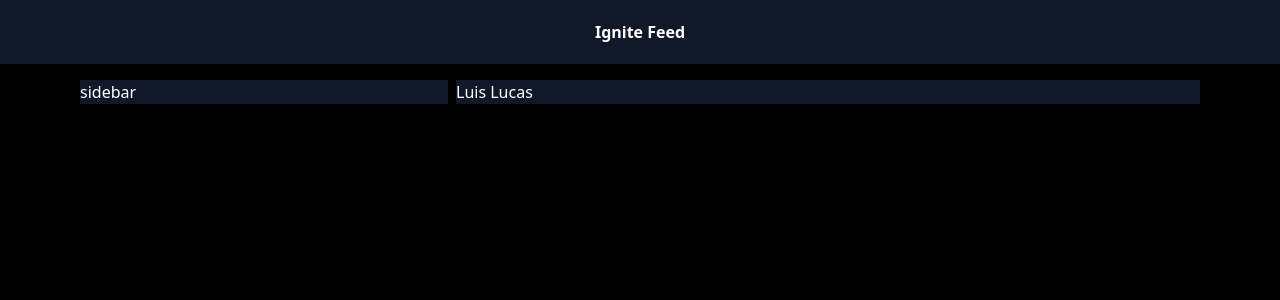
Repository: LuisSempre/ignite-feed
Page: /
The author's editor kept a copy of each file at every save. The page is drawn from the files as they stood at one save, then again after the next save.
The browser window is 1280 px wide. The pictures show the whole page.
Pictures or frames that could not be fetched are drawn as grey boxes. The project was rebuilt for these pictures with package versions that can differ from the ones it lists, and the page was loaded fresh each time. Also part of the build but not shown: vite.config.js.

Above is the page before, as saved 2022-07-13 21:24:24.

After the next save:
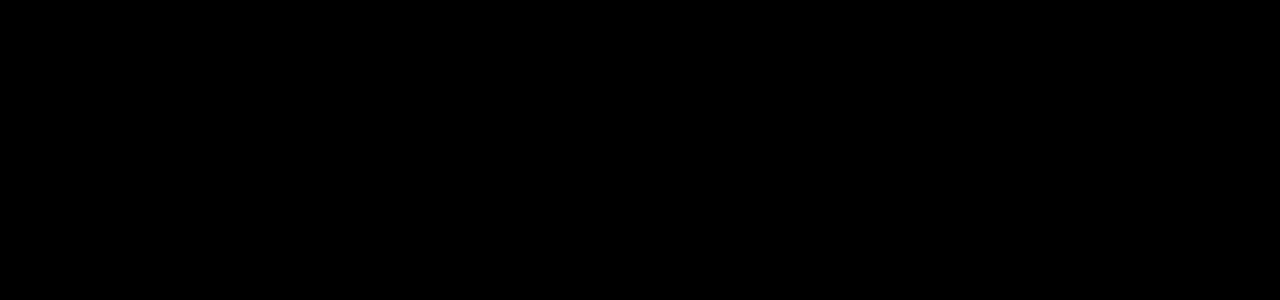
Console error: ReferenceError: Sidebar is not defined
Saved 22 s later.
--- a/src/App.jsx
+++ b/src/App.jsx
@@ -4,9 +4,7 @@
     <div>
       <Header />
       <div className="max-w-6xl mx-auto p-4 grid grid-cols-3 gap-2 items-start">
-        <div className="bg-gray-900">
-          sidebar
-        </div>
+        <Sidebar />
         <div className="bg-gray-900 col-span-2">
           Luis Lucas
         </div>

After the save that followed:
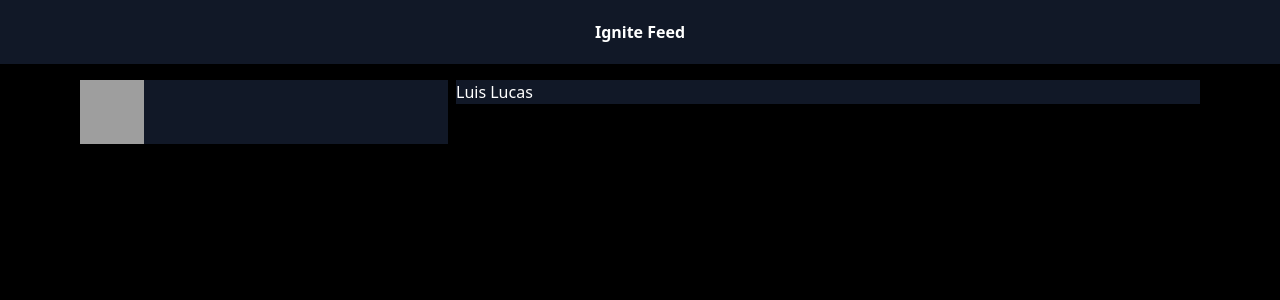
The error is gone.
Saved 27 s later.
--- a/src/App.jsx
+++ b/src/App.jsx
@@ -1,4 +1,5 @@
 import { Header } from "./Components/Header"
+import { Sidebar } from "./Components/Sidebar"
 function App() {
   return (
     <div>
